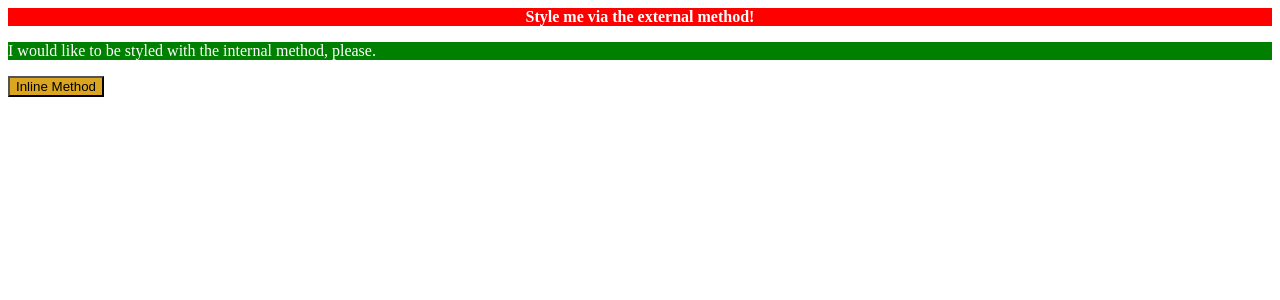
Repository: mnhardy1504/odin-recipes1
Page: repos/css-exercises/foundations/01-css-methods/index.html
These files come from the project's save history. The page is drawn as it stood at one moment and after the next save; the edit follows.
The browser window is 1280 px wide. The pictures show the whole page.

Above is the page before, as saved 2023-08-22 17:57:27.

After the next save:
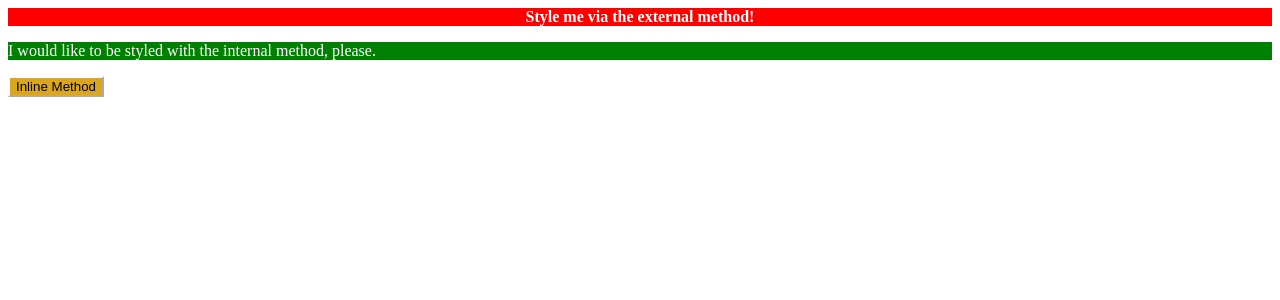
Saved 4 min 58 s later.
--- a/repos/css-exercises/foundations/01-css-methods/external1.css
+++ b/repos/css-exercises/foundations/01-css-methods/external1.css
@@ -13,4 +13,5 @@ div {
   button {
     color: black;
     background-color: goldenrod;
+    border-color: white;
   }
